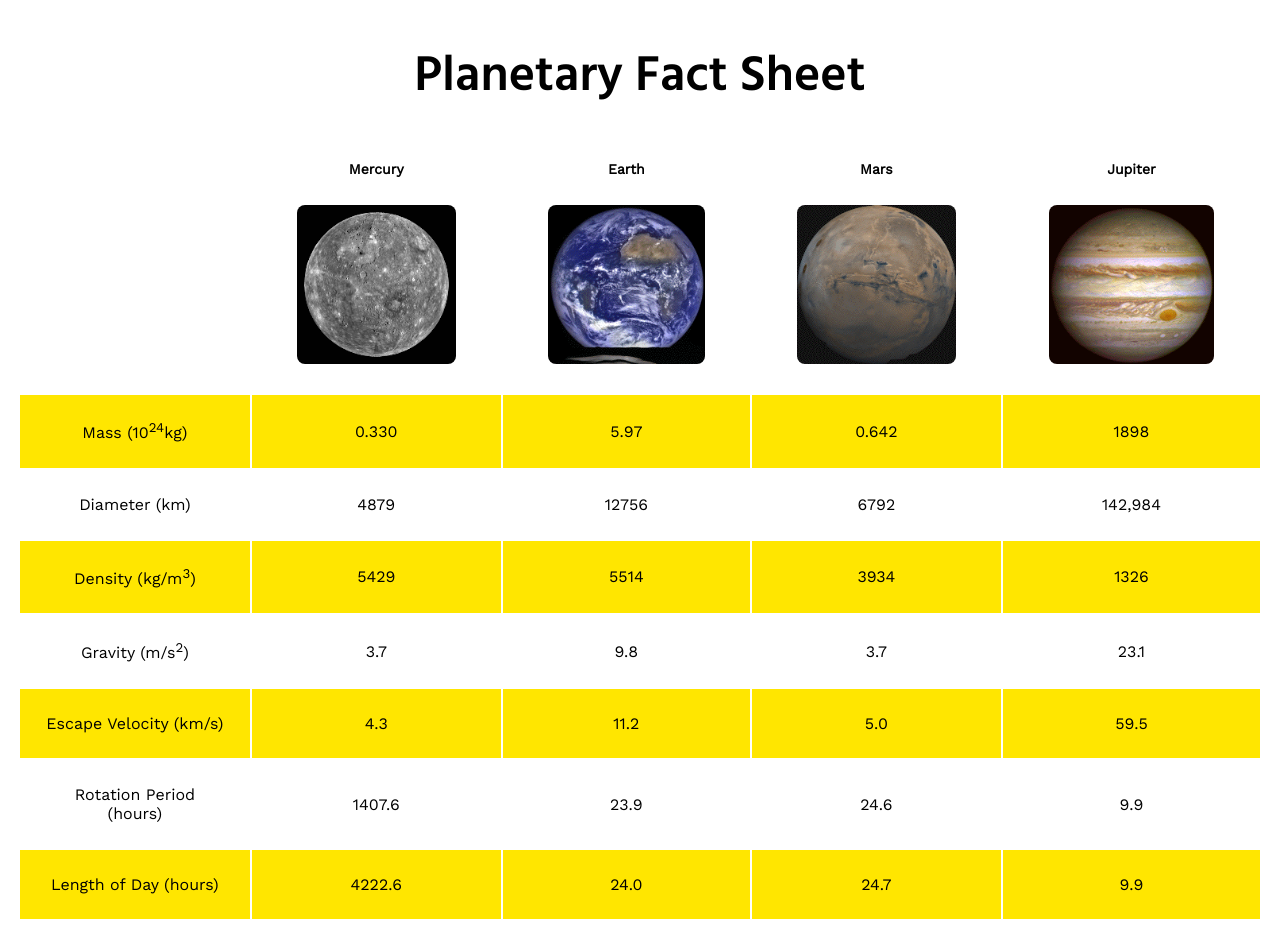
Repository: rishondass/ITMD361-Lab5
Page: index.html
An editor plug-in stored every save of this project. The page is shown before and after the next save, followed by the edit.
The browser window is 1280 px wide. The pictures show the whole page.

Above is the page before, as saved 2023-02-22 19:29:01.

After the next save:
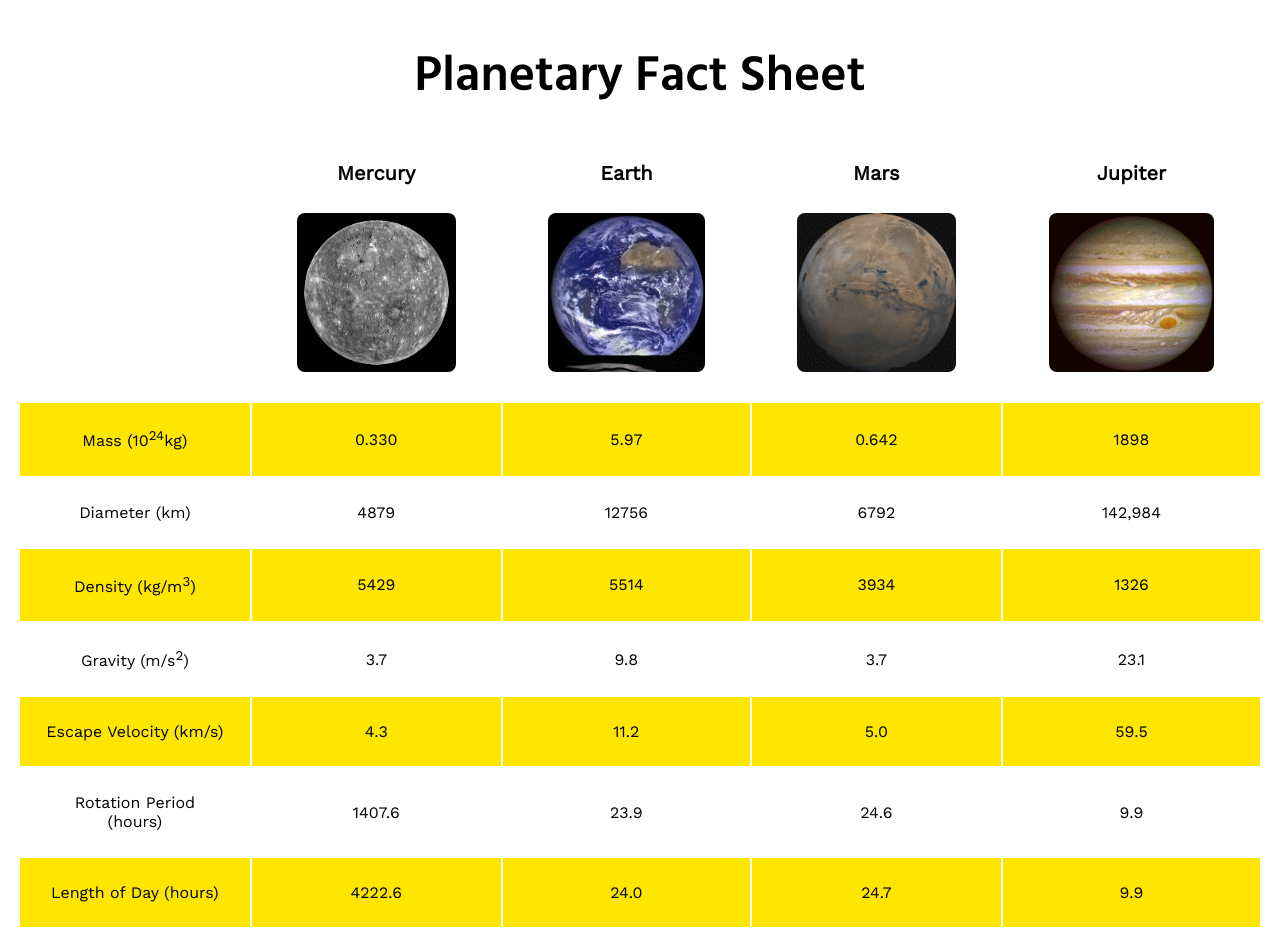
Saved 6 s later.
--- a/css/style.css
+++ b/css/style.css
@@ -16,7 +16,7 @@
 }
 
 #planets thead{
-  font-size: 14px;
+  font-size: 20px;
 }
 
 #planets tr td{
